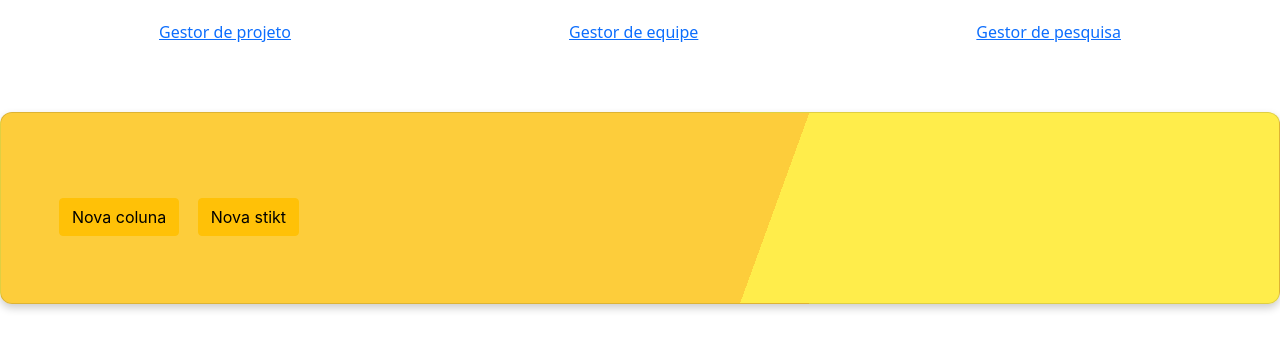
Repository: shadowruge/kanban
Page: index.html
These files come from the project's save history. The page is drawn as it stood at one moment and after the next save; the edit follows.
The browser window is 1280 px wide. The pictures show the whole page.

Above is the page before, as saved 2021-06-12 19:47:48.

### index.html
<!DOCTYPE html>
<html lang="en">
  <head>
    <meta charset="UTF-8" />
    <meta http-equiv="X-UA-Compatible" content="IE=edge" />
    <meta name="viewport" content="width=device-width, initial-scale=1.0" />
    <script src="https://cdn.jsdelivr.net/npm/@popperjs/core@2.9.2/dist/umd/popper.min.js" integrity="sha384-IQsoLXl5PILFhosVNubq5LC7Qb9DXgDA9i+tQ8Zj3iwWAwPtgFTxbJ8NT4GN1R8p" crossorigin="anonymous"></script>
<script src="https://cdn.jsdelivr.net/npm/bootstrap@5.0.1/dist/js/bootstrap.min.js" integrity="sha384-Atwg2Pkwv9vp0ygtn1JAojH0nYbwNJLPhwyoVbhoPwBhjQPR5VtM2+xf0Uwh9KtT" crossorigin="anonymous"></script>

    <script src="https://cdn.jsdelivr.net/npm/bootstrap@5.0.1/dist/js/bootstrap.bundle.min.js" integrity="sha384-gtEjrD/SeCtmISkJkNUaaKMoLD0//ElJ19smozuHV6z3Iehds+3Ulb9Bn9Plx0x4" crossorigin="anonymous"></script>
    <link href="https://cdn.jsdelivr.net/npm/bootstrap@5.0.1/dist/css/bootstrap.min.css" rel="stylesheet" integrity="sha384-+0n0xVW2eSR5OomGNYDnhzAbDsOXxcvSN1TPprVMTNDbiYZCxYbOOl7+AMvyTG2x" crossorigin="anonymous">
    <link rel="stylesheet" href="style.css" />
    <script src="index.js"></script>
    <title id="Description">Shadow Kanban</title>
  </head>

  <header>
    <nav class="nav">
      <p><a href="#">Gestor de projeto</a></p>
      <p><a href="#">Gestor de equipe</a></p>
      <p><a href="#">Gestor de pesquisa</a></p>
    </nav>
  </header>

  <body>
    <div class="card-holder">
  <div class="card bg-gold">
  <!--botão-->

  <button type="button" class="btn btn-warning">Nova coluna</button>

  <button type="button" class="btn btn-warning">Nova stikt</button>
  <div class="Linha" style="width:600px;">
    <!-- RECEBE DIVS DINAMICAS -->
    </div>
  </div>

  </div>
  </body>
  <script>

  </script>
</html>

### style.css
* {
  margin: 0;
  padding: 0;
  border: 0;
}

header{
  background-color:white;
}

.body {
  font-size: 15px;
}

.card-holder {
  margin: 2em 0;
}

.card {
  font-family: -apple-system, BlinkMacSystemFont, 'Open Sans', sans-serif;
  font-size: 3em;
  font-weight: 800;
  height: 4em;
  width: 64em;
  padding: 0.5em 1em;
  border-radius: 0.25em;
  display: table-cell;
  vertical-align: middle;
  letter-spacing: -2px;
  box-shadow: 0 4px 8px 0 rgba(0,0,0,0.2);
}

.card .subtle {
  color: #000;
  font-size: 0.5em;
  font-weight: 400;
  letter-spacing: -1px;
}

.card i {
  font-size: 3em;
}

.bg-gold {
  background: -webkit-linear-gradient(110deg, #fdcd3b 60%, #ffed4b 60%);
  background: -o-linear-gradient(110deg, #fdcd3b 60%, #ffed4b 60%);
  background: -moz-linear-gradient(110deg, #fdcd3b 60%, #ffed4b 60%);
  background: linear-gradient(110deg, #fdcd3b 60%, #ffed4b 60%);
}


#kanban {

  width: 97%;
  color: white;
  text-align: center;
  display: flex;
  flex-wrap: wrap;
}

.nav {

  padding: 20px;
  display: flex;
  justify-content: space-around;
  flex-wrap: wrap;
}

.ideias,
.pesquisa,
.progresso,
.testes,
.pronto {
  margin-top: 5px;
  margin-left: auto;
}

.membros,
.membros-lideres {
  margin-left: 150px;
}

.d-flex {
  display: flex !important;
}

.flex-column {
  flex-direction: column !important;
}

.board {
  padding: 20px;
}

.board-column {
  margin-left: 20px;
}

.column-body {
  margin-top: 2em;
}

.card textarea {
  resize: none;
}

.sticker {
  width: 180px;
  height: 180px;
  }

  button {
  margin-top: 10px;
  margin-left: 10px;
  }

### index.js
function dragStartHandler(ev) {
  ev.dataTransfer.setData("application/my-app", ev.target.id);
  ev.dataTransfer.effectAllowed = "move";
}

function dragCardStart(e) {
  console.log(e);
}

function dragOvertHandler(ev) {
  ev.preventDefault();
  ev.dataTransfer.dropEffect = "move";
}

function dropHandler(ev) {
  ev.preventDefault();
  const data = ev.dataTransfer.getData("application/my-app");
  ev.target.appendChild(document.getElementById(data));
}

function handleInputKeys({ key }) {
  switch (key) {
    case "Enter":
      break;

    default:
      break;
  }
}

const onInputClick = (e) => {
  e.preventDefault();
  e.stopPropagation();
  e.target.disabled = false;
  e.target.focus();
};

const onInputLostFocus = (e) => {
  console.log(e);
  e.target.disabled = true;
};

function addNewCard(e) {
  //   console.log(e);
  //   console.log(column);
  //   console.log(body);
  //   console.log(body.children);
  //   console.log(body.children[0].getAttributeNames());
  const [, , , column] = e.path;
  const [, body] = column.children;
  const addButton = body.children[body.children.length - 1];
  const card = document.createElement("div");
  const input = document.createElement("textarea");
  input.cols = 30;
  input.rows = 10;
  input.disabled = true;
  card.appendChild(input);
  card.classList.add("card");
  card.draggable = "true";
  card.addEventListener("click", onInputClick);
  card.addEventListener("focusout", onInputLostFocus);
  card.addEventListener("dragstart", dragCardStart);
  body.removeChild(addButton);
  body.appendChild(card);
  body.appendChild(addButton);
}

After the next save:
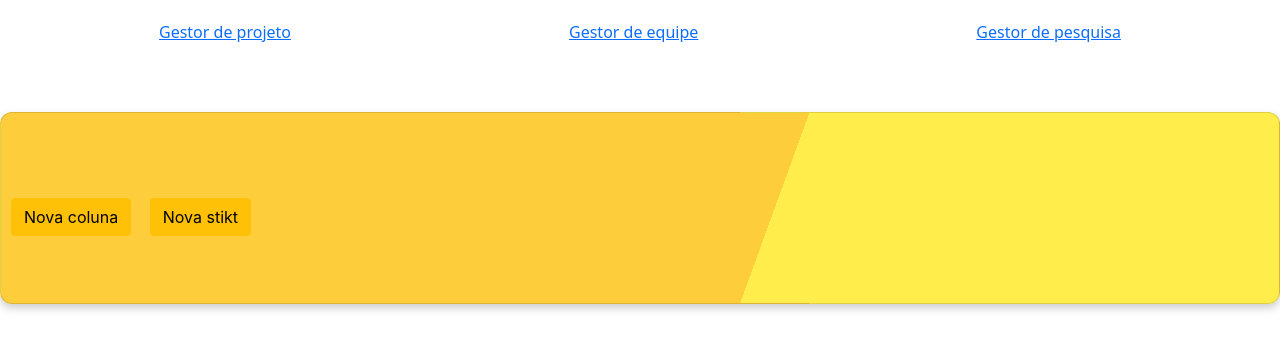
Saved 41 s later.
--- a/style.css
+++ b/style.css
@@ -22,7 +22,7 @@
   font-weight: 800;
   height: 4em;
   width: 64em;
-  padding: 0.5em 1em;
+
   border-radius: 0.25em;
   display: table-cell;
   vertical-align: middle;

After the save that followed:
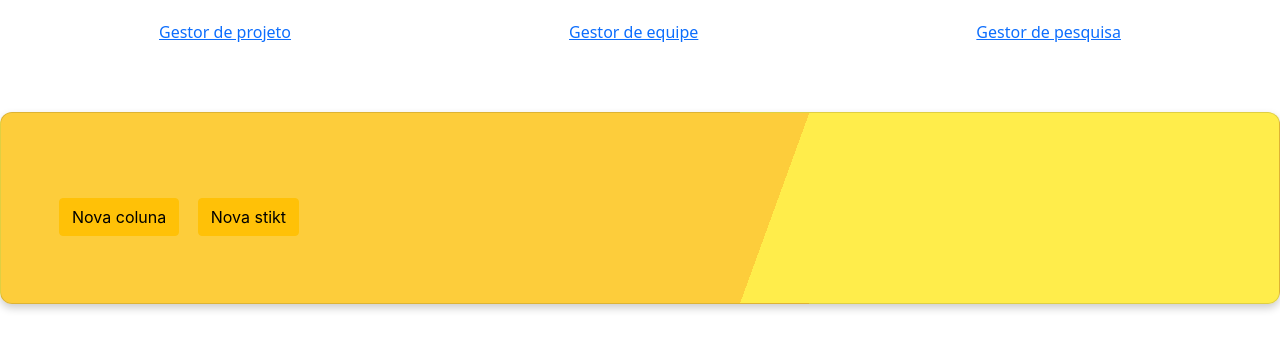
Saved 88 s later.
--- a/style.css
+++ b/style.css
@@ -22,7 +22,7 @@
   font-weight: 800;
   height: 4em;
   width: 64em;
-
+  padding: 0.5em 1em;
   border-radius: 0.25em;
   display: table-cell;
   vertical-align: middle;
